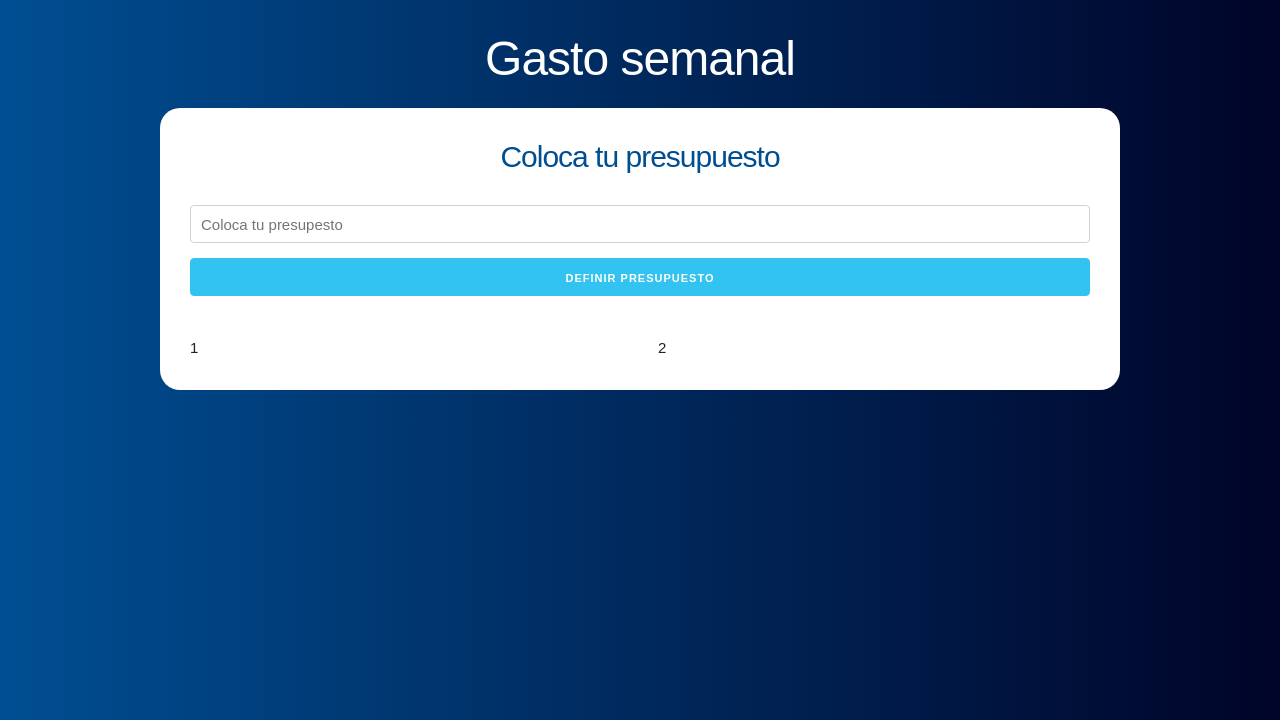
Repository: leonmezu1/presupuesto
Page: /
An editor plug-in stored every save of this project. The page is shown before and after the next save, followed by the edit.
The browser window is 1280 px wide. The pictures show the whole page.
The project was rebuilt for these pictures with package versions that can differ from the ones it lists, and the page was loaded fresh each time. Imported but missing from the stored project, and not drawn on this page: src/components/Error.

Above is the page before, as saved 2020-10-07 11:18:52.

### src/App.js
import React, { useState, useEffect } from 'react';
import Pregunta from './components/Pregunta';

function App() {
  const [presupuesto, guardarPresupuesto] = useState(0);
  const [restante, guardarRestante] = useState(0);
  return (
    <div className="container">
      <header>
        <h1>Gasto semanal</h1>
        <div className="contenido-principal contenido">
          <Pregunta guardarPresupuesto={guardarPresupuesto} guardarRestante={guardarRestante}/>
          <div className="row">
            <div className="one-half column">
              1
            </div>
            <div className="one-half column">
              2
            </div>
          </div>
        </div>
      </header>
    </div>
  );
}

export default App;

### src/components/Pregunta.js
import React, { Fragment, useState, useEffect } from 'react';
import Error from './Error';

const Pregunta = ({guardarPresupuesto, guardarRestante}) => {
    const [cantidad, guardarCantidad] = useState(0);
    const [error, guardarError] = useState(false);
    const agregarPresupuesto = e => {
        e.preventDefault();
        if (cantidad < 1 || isNaN(cantidad)) {
            guardarError(true);
            return
        }
        guardarError(false);
        guardarPresupuesto(cantidad);
        guardarRestante(cantidad);
    }

    return (
        <Fragment>
            <h2>Coloca tu presupuesto</h2>
            { error ? <Error mensaje="El presupuesto es incorrecto" /> : null }
            <form onSubmit={agregarPresupuesto}>
                <input
                    type="number"
                    className="u-full-width"
                    placeholder="Coloca tu presupesto"
                    onChange={e => {
                        guardarCantidad(parseInt(e.target.value));
                    }}
                />
                <input
                    type="submit"
                    className="button-primary u-full-width"
                    value="Definir presupuesto"
                />
            </form>
        </Fragment>

    );
}

export default Pregunta;

### src/components/Formulario.js
import React, { useState, useEffect } from 'react';

const Formulario = () => {
    return (
        <form>
            <h2>Coloca tus gastos aqui</h2>
            <div className="campo">
                <label>Nombre del gasto</label>
                <input
                    type="text"
                    className="u-full-width"
                    placeholder="Ej. Transporte"
                />

            </div>
            <div className="campo">
                <label>Cantidad del gasto</label>
                <input
                    type="number"
                    className="u-full-width"
                    placeholder="Ej. 300"
                />

            </div>
            <input
                type="submit"
                className="button-primary u-full-width"
            />
        </form>

    );
}

export default Formulario;

Loaded but not shown: public/index.html (common file); src/index.js (common file); src/index.css (common file); src/serviceWorker.js (common file)

After the next save:
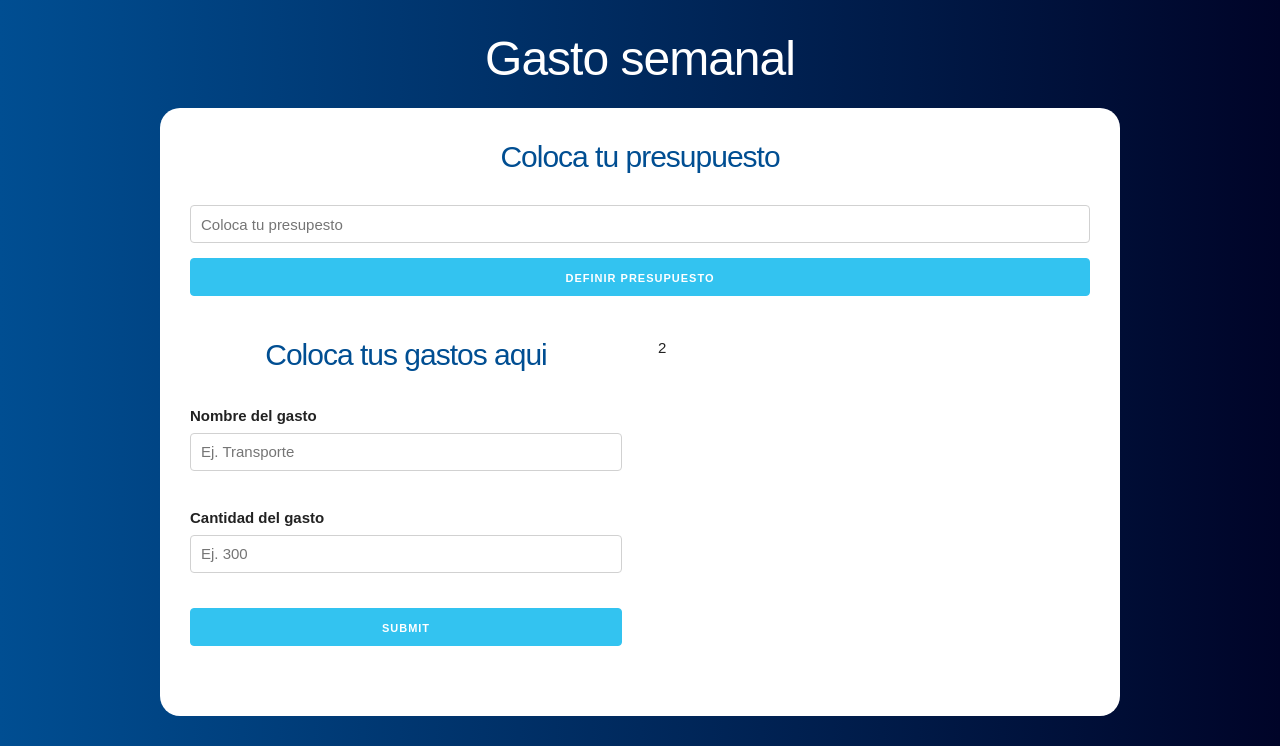
Saved 34 s later.
--- a/src/App.js
+++ b/src/App.js
@@ -1,4 +1,5 @@
 import React, { useState, useEffect } from 'react';
+import Formulario from './components/Formulario';
 import Pregunta from './components/Pregunta';
 
 function App() {
@@ -12,7 +13,7 @@ function App() {
           <Pregunta guardarPresupuesto={guardarPresupuesto} guardarRestante={guardarRestante}/>
           <div className="row">
             <div className="one-half column">
-              1
+              <Formulario />
             </div>
             <div className="one-half column">
               2
